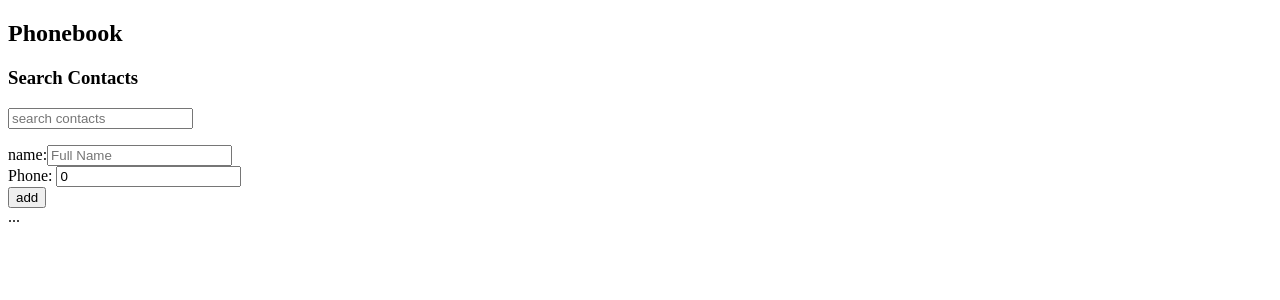
Repository: osalvatierra/fullstackopen
Page: / (app in phonebook/)
These files come from the project's save history. The page is drawn as it stood at one moment and after the next save; the edit follows.
The browser window is 1280 px wide. The pictures show the whole page.
The page's requests for data from a server got no answer. The project was rebuilt for these pictures with package versions that can differ from the ones it lists, and the page was loaded fresh each time. No one was signed in, and anything a server would have sent is missing. Also part of the build but not shown: phonebook/vite.config.js.

Above is the page before, as saved 2025-04-25 12:52:15.

### phonebook/src/main.tsx
import React from "react";
import ReactDOM from "react-dom/client";
import "./index.css";
import App from "./App";

ReactDOM.createRoot(document.getElementById("root")!).render(<App />);

### phonebook/src/App.tsx
import { useState, useEffect } from "react";
import { Phonebook } from "./types/phonebook";

import PersonForm from "./components/PersonForm";
import SearchBox from "./components/SearchBox";
import SearchList from "./components/SearchList";
import Notifications from "./components/notifications";

import personService from "./services/personService";

const App = () => {
  const [persons, setPersons] = useState<Phonebook[]>([]);
  const [newName, setNewName] = useState("");
  const [newNumber, setNewNumber] = useState<number>(0);
  const [filteredPersons, setFilterPersons] = useState(persons);
  const [searchField, setSearchField] = useState("");
  const [message, setMessage] = useState("");

  const hook = () => {
    console.log("effect");
    personService.getAll().then((response) => {
      console.log("promise fullfilled");
      setPersons(response.data);
    });
  };

  useEffect(hook, []);

  console.log("render", persons.length, "notes");

  useEffect(() => {
    const newFilteredPersons = persons.filter((person) => {
      return person.name.toLocaleLowerCase().includes(searchField);
    });
    setFilterPersons(newFilteredPersons);
  }, [persons, searchField]);

  const handleName = (event: React.ChangeEvent<HTMLInputElement>) => {
    console.log(event.target.value);
    const value = event.target.value;

    setNewName(value);
  };

  const handleNumber = (event: React.ChangeEvent<HTMLInputElement>) => {
    console.log(event.target.value);
    const value = Number(event.target.value) || 0;
    setNewNumber(value);
  };

  const onSearchChange = (event: React.ChangeEvent<HTMLInputElement>) => {
    const searchFieldString = event.target.value.toLocaleLowerCase();
    setSearchField(searchFieldString);
  };

  const handleDelete = (id: string) => {
    if (window.confirm("Are you sure you want to delete this contact?")) {
      personService
        .remove(id)
        .then(() => {
          setPersons(persons.filter((p) => p.id !== id));
        })
        .catch((err) => {
          console.error(err);
          alert("Failed to delete contact.");
        });
    }
  };

  const handleSubmit = (event: React.FormEvent<HTMLFormElement>) => {
    event?.preventDefault();

    const existingPerson = persons.find((p) => p.name === newName);

    console.log(existingPerson);
    const phoneObject = {
      id: existingPerson ? existingPerson.id : crypto.randomUUID(),
      name: newName,
      number: newNumber,
    };

    if (existingPerson) {
      personService
        .update(existingPerson.id, phoneObject)
        .then((response) => {
          setPersons(
            persons.map((p) => (p.id === existingPerson.id ? response.data : p))
          );
          alert(`${newName} updated sucessfully.`);
          setMessage(`${newName} was updated`);
        })
        .catch((error) => {
          console.error(error);
          alert("Update Failed");
        });
    } else {
      personService
        .create({ ...phoneObject, id: crypto.randomUUID() })
        .then((response) => {
          setPersons(persons.concat(response.data));
          alert(`${newName} added to phonebook.`);
        });
    }

    setNewName("");
    setNewNumber(0);
  };

  return (
    <div>
      <h2>Phonebook</h2>
      <Notifications message={message} />
      <h3>Search Contacts</h3>
      <SearchBox
        onChangeHandler={onSearchChange}
        placeholder="search contacts"
      />
      <SearchList persons={filteredPersons} handleDelete={handleDelete} />
      <PersonForm
        handleSubmit={handleSubmit}
        handleName={handleName}
        handleNumber={handleNumber}
        newName={newName}
        newNumber={newNumber}
      />
      ...
    </div>
  );
};

export default App;

### phonebook/src/components/PersonForm.tsx
import { formProps } from "../types/formprops";

const PersonForm = ({
  newName,
  newNumber,
  handleName,
  handleNumber,
  handleSubmit,
}: formProps) => (
  <form onSubmit={handleSubmit}>
    <div>
      name:
      <input placeholder={"Full Name"} value={newName} onChange={handleName} />
    </div>
    <div>
      Phone: <input value={newNumber} onChange={handleNumber} />
    </div>
    <div>
      <button type="submit">add</button>
    </div>
  </form>
);

export default PersonForm;

### phonebook/src/components/SearchBox.tsx
import { SearchBoxProps } from "../types/searchboxprops";

const SearchBox = ({ placeholder, onChangeHandler }: SearchBoxProps) => (
  <input placeholder={placeholder} onChange={onChangeHandler} />
);

export default SearchBox;

### phonebook/src/components/SearchList.tsx
import { Phonebook } from "../types/phonebook";

type SearchListProps = {
  persons: Phonebook[];
  handleDelete: (id: string) => void;
};

const SearchList = ({ persons, handleDelete }: SearchListProps) => {
  return (
    <div>
      <ul>
        {persons.map((person) => (
          <li key={person.id}>
            {person.name} — {person.number}{" "}
            <button type="button" onClick={() => handleDelete(person.id)}>
              Delete
            </button>
          </li>
        ))}
      </ul>
    </div>
  );
};

export default SearchList;

### phonebook/src/components/notifications.tsx
type notificationProps = {
  message: string;
};

const Notifications = ({ message }: notificationProps) => {
  if (message === null) {
    return null;
  }

  return <div className="error">{message}</div>;
};

export default Notifications;

### phonebook/src/services/personService.tsx
import axios from "axios";
const baseUrl = "http://localhost:3001/persons";
import { PersonService } from "../types/personserviceprops";

const getAll: PersonService["getAll"] = () => {
  return axios.get(baseUrl);
};

const create: PersonService["create"] = (newObject) => {
  return axios.post(baseUrl, newObject);
};

const update: PersonService["update"] = (id: string, newObject) => {
  return axios.put(`${baseUrl}/${id}`, newObject);
};

const remove: PersonService["remove"] = (id) => {
  return axios.delete(`${baseUrl}/${id}`);
};

const personService: PersonService = {
  getAll,
  create,
  update,
  remove,
};

export default personService;

### phonebook/src/index.css
h1 {
  color: green;
  font-style: italic;
}

li {
  color: grey;
  padding-top: 3px;
  font-size: 15px;
}
.note {
  color: green;
  padding-top: 5px;
  font-size: 15px;
}

Loaded but not shown: phonebook/index.html (common file)

After the next save:
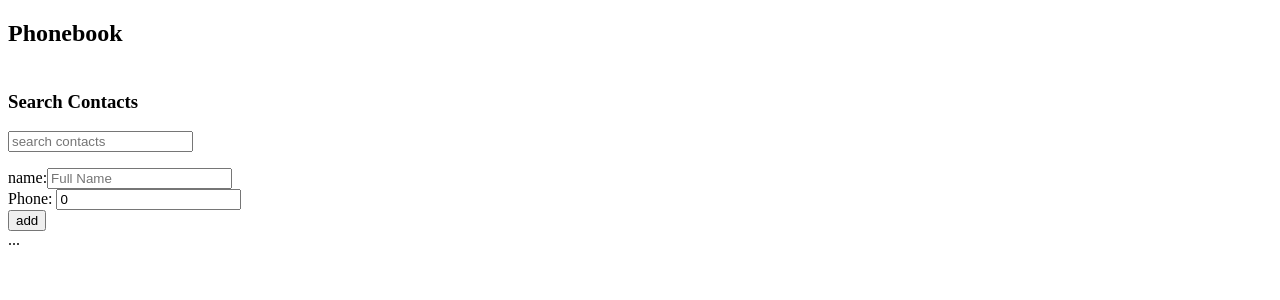
Saved 27 s later.
--- a/phonebook/src/components/notifications.tsx
+++ b/phonebook/src/components/notifications.tsx
@@ -7,7 +7,7 @@ const Notifications = ({ message }: notificationProps) => {
     return null;
   }
 
-  return <div className="error">{message}</div>;
+  return <div className="note">{message}</div>;
 };
 
 export default Notifications;
